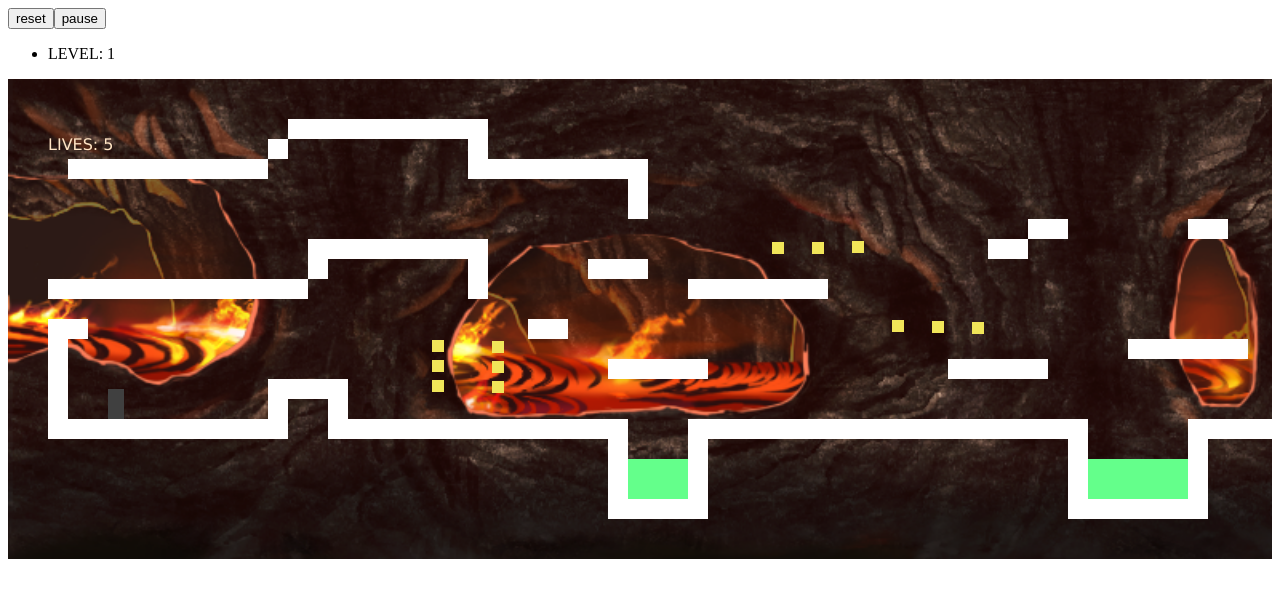
Repository: luccas-teddy/examenlucas
Page: index.html
An editor plug-in stored every save of this project. The page is shown before and after the next save, followed by the edit.
The browser window is 1280 px wide. The pictures show the whole page.

Above is the page before, as saved 2021-02-18 02:25:32.

After the next save:
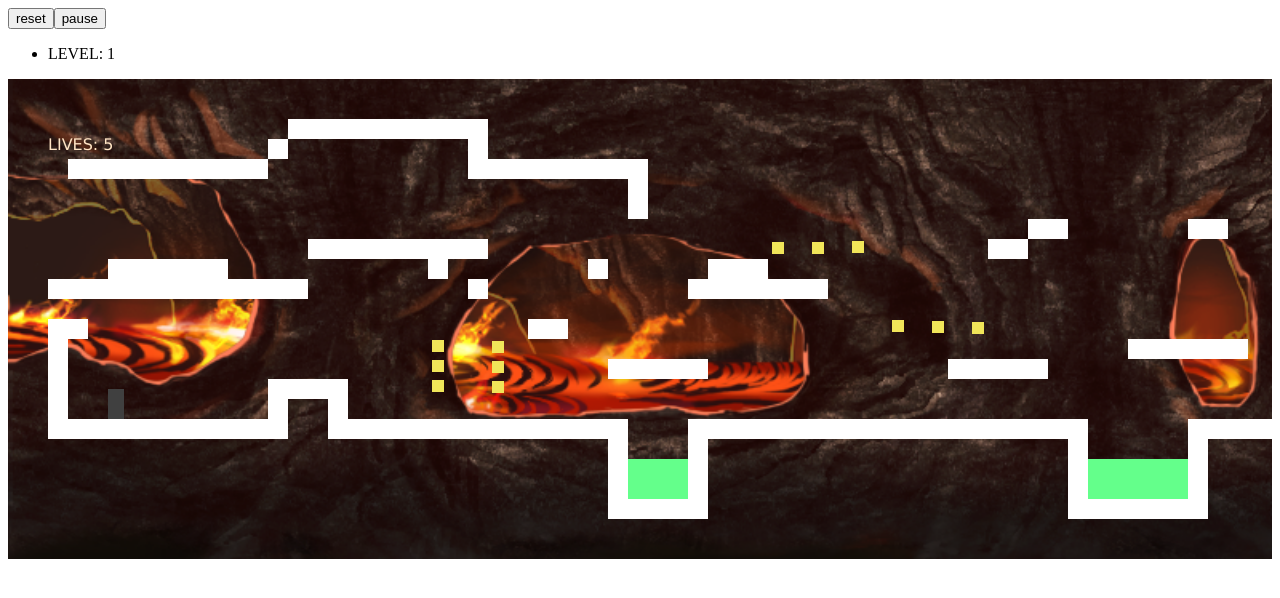
Saved 75 s later.
--- a/code/levels.js
+++ b/code/levels.js
@@ -8,7 +8,7 @@ var GAME_LEVELS = [`
 ...............................#..................................###...........
 ...................................................##......##....##+##..........
 ...............#########..............o.o.o......##..............##+++++##......
-...............#.......#.....###.................................##+##..........
+.....######..........#.......#.....###............................##+##.........
 ..#############........#..........#######.........................#v#...........
 ............................................................................##..
 ..##......................##................o.o.o............................#..
